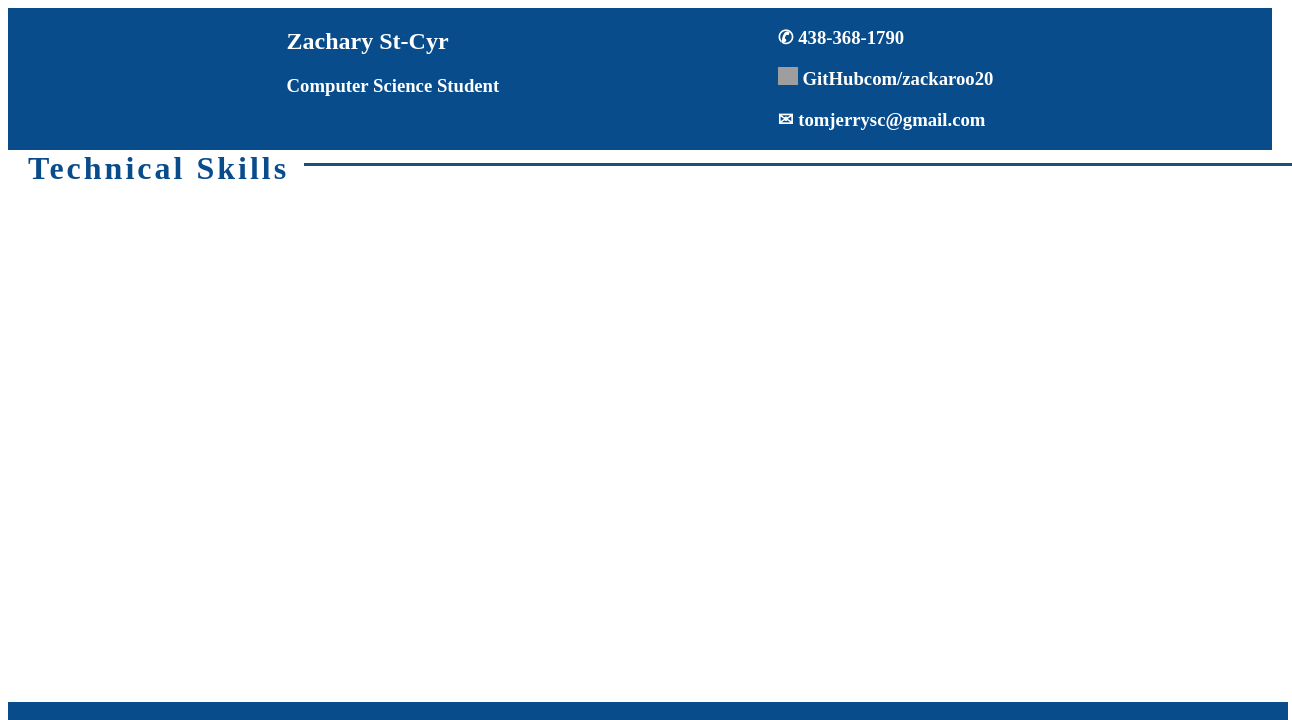
Repository: zackaroo20/Resume-CV
Page: CV.html
These files come from the project's save history. The page is drawn as it stood at one moment and after the next save; the edit follows.
The browser window is 1280 px wide. The page is 1292 px wide, so the pictures cover 1292 px, including what lies to the right of the window. The pictures show the whole page.
Pictures or frames that could not be fetched are drawn as grey boxes.

Above is the page before, as saved 2026-03-02 15:53:30.

After the next save:
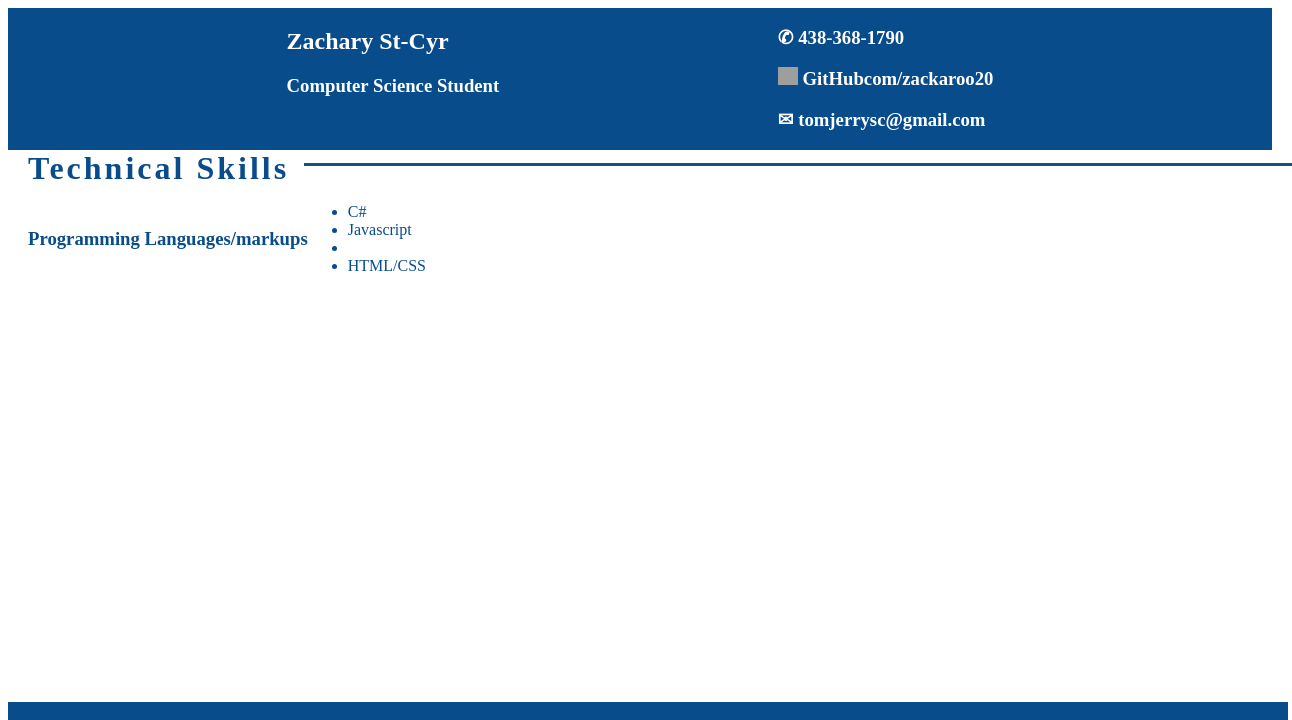
Saved 2 min 47 s later.
--- a/CV.html
+++ b/CV.html
@@ -25,6 +25,14 @@
         <h1 class = "dash">Technical Skills</h1>
         <hr class="divider">
     </div>
+    <div class="subdiv">
+        <h3>Programming Languages/markups</h3>
+        <ul>
+            <li>C#</li>
+            <li>Javascript</li>
+            <li></li>
+            <li>HTML/CSS</li>
+        </ul>
 
 
 
